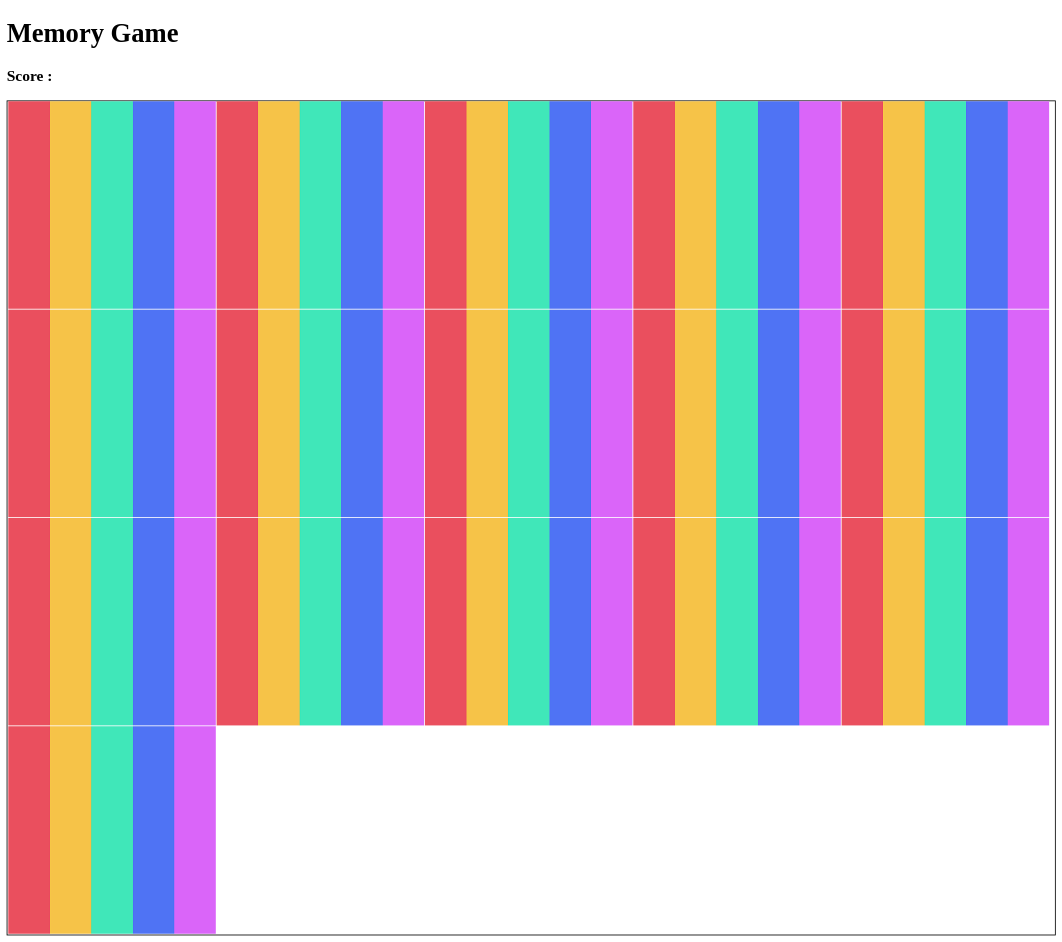
Repository: divyaravada/javascript-games
Page: memory-game/memorygame.html
The author's editor kept a copy of each file at every save. The page is drawn from the files as they stood at one save, then again after the next save.
The browser window is 1280 px wide. The pictures show the whole page, at 83% of full size.

Above is the page before, as saved 2022-03-15 16:19:29.

After the next save:
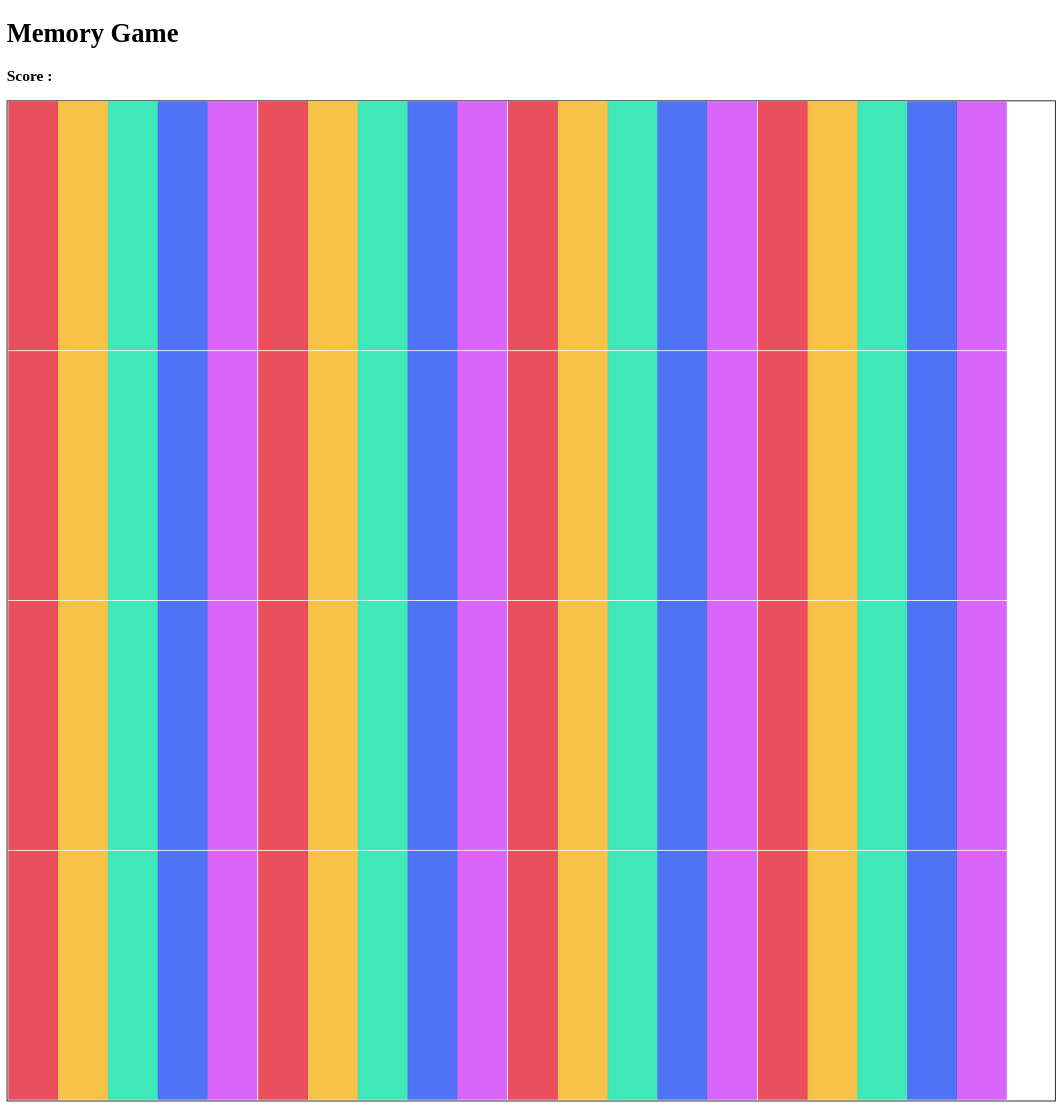
Saved 25 s later.
--- a/memory-game/memorystyle.css
+++ b/memory-game/memorystyle.css
@@ -4,7 +4,7 @@
   border: 1px solid black;
 }
 #grid img {
-  width: 250px;
-  height: 250px;
+  width: 300px;
+  height: 300px;
   padding: 0.5px;
 }
